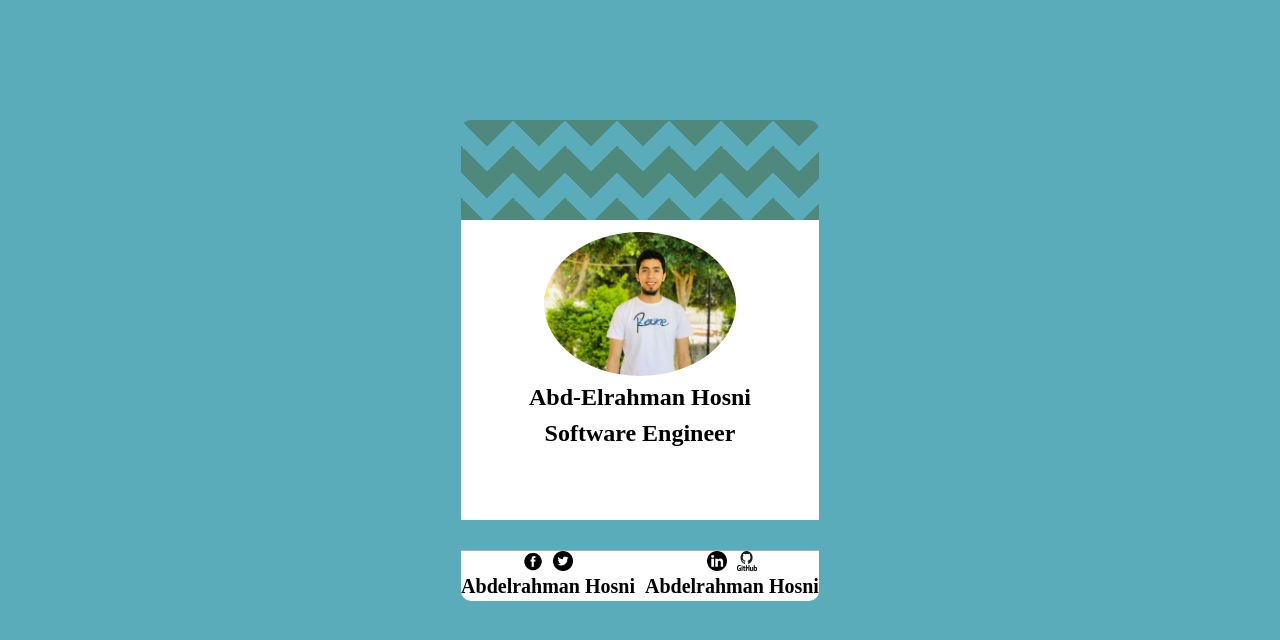
Repository: Abdo-Hosni123/Html-and-css-projects
Page: index.html
These files come from the project's save history. The page is drawn as it stood at one moment and after the next save; the edit follows.
The browser window is 1280 px wide. The pictures show the whole page.

Above is the page before, as saved 2023-12-06 00:43:15.

After the next save:
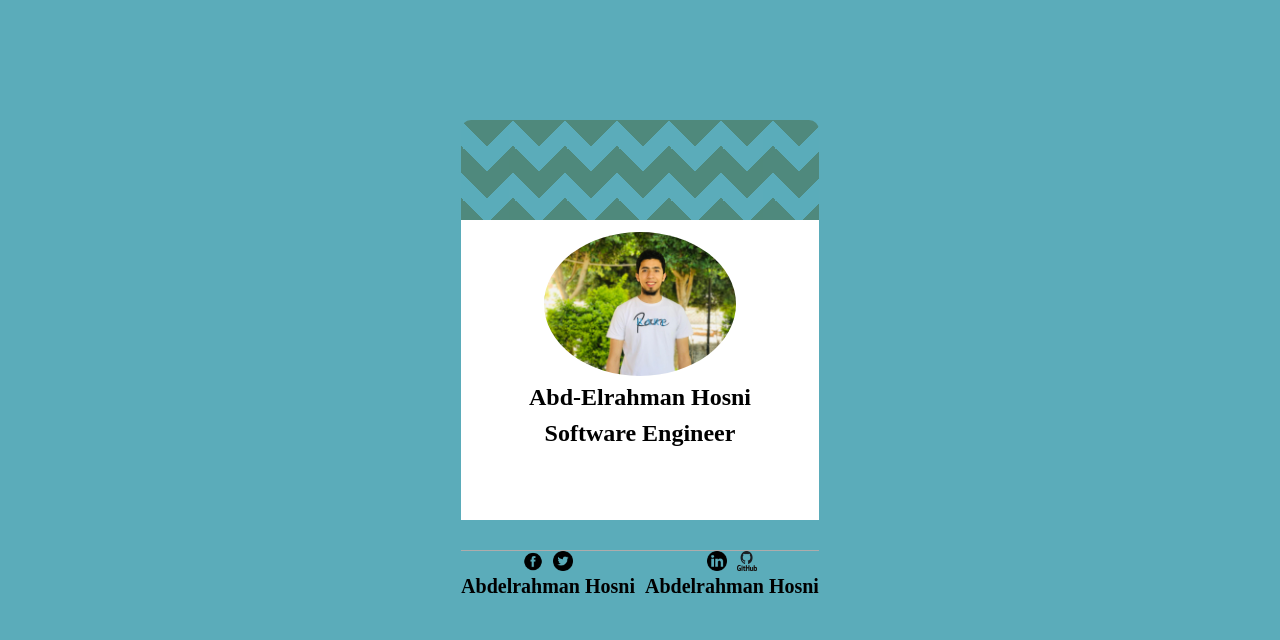
Saved 41 s later.
--- a/Style.css
+++ b/Style.css
@@ -92,9 +92,7 @@ h6 {
 .bottom {
   display: flex;
   gap: 10px;
-  background-color: white;
   margin-top: 30px;
-
   border-top: 1px solid rgb(174, 172, 172);
   flex: 1;
 }
